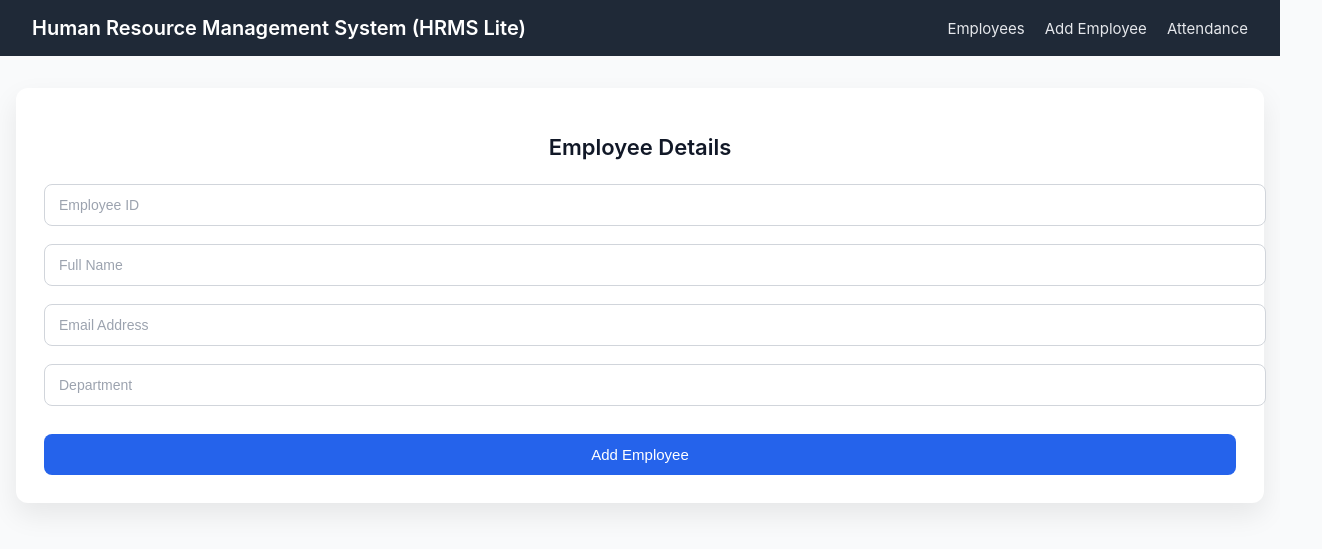
Repository: gautamsonam011/hrmsfrontend
Page: /employees/add
The author's editor kept a copy of each file at every save. The page is drawn from the files as they stood at one save, then again after the next save.
The browser window is 1280 px wide. The page is 1280 px wide, then 1322 px, so the pictures cover 1322 px, including what lies to the right of the window. The pictures show the whole page.
The project was rebuilt for these pictures with package versions that can differ from the ones it lists, and the page was loaded fresh each time. Also part of the build but not shown: src/components/Loader.jsx, src/components/EmptyState.jsx, src/pages/Employees.jsx, src/components/ErrorState.jsx, src/pages/Attendance.jsx, src/api/attendanceApi.js, src/pages/AddAttendance.jsx.

Above is the page before, as saved 2026-01-31 19:10:20.

After the next save:
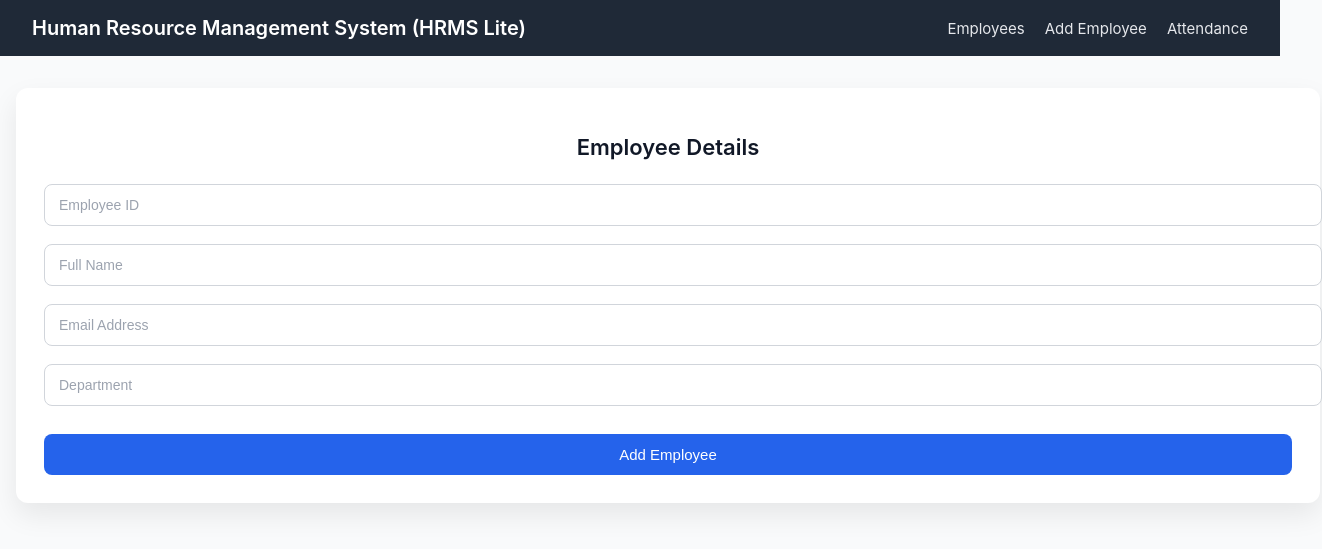
Saved 20 s later.
--- a/src/style.css
+++ b/src/style.css
@@ -100,7 +100,7 @@ body {
 
 /* ===== Add Employee Form ===== */
 .employee-form-wrapper {
-  display: flex;
+  /* display: flex; */
   justify-content: center;
   padding: 32px 16px;
 }
@@ -108,7 +108,6 @@ body {
 .employee-form {
   background: #ffffff;
   width: 100%;
-  /* max-width: 420px; */
   padding: 28px;
   border-radius: 12px;
   box-shadow: 0 12px 28px rgba(0, 0, 0, 0.08);
